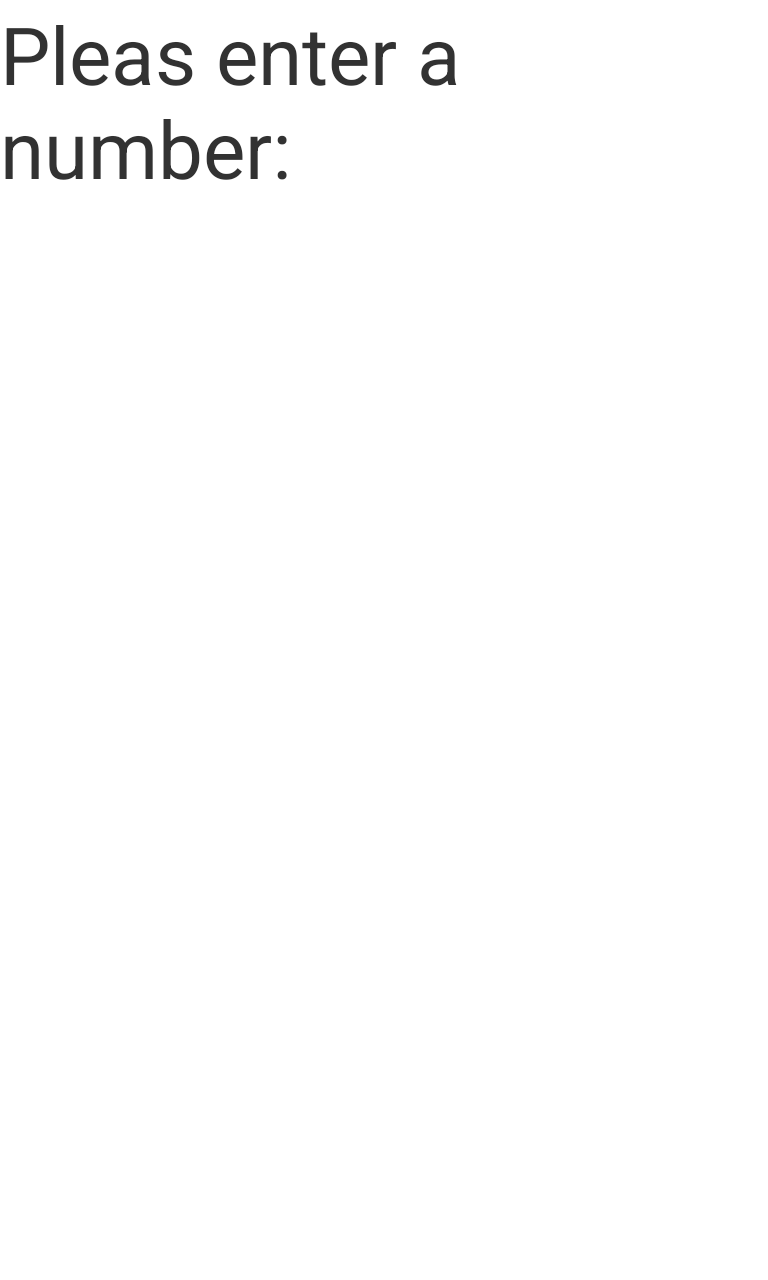
Repository: Liu-D-Henrry/Android
Layout: DemoHandler/res/layout/calculator.xml
These files come from the project's save history. The layout is drawn as it stood at one moment and after the next save; the edit follows.
It is drawn on a 768 x 1280 px phone screen (xhdpi) without system bars, with theme AppTheme; the app's code is not run.

Above is the layout before, as saved 2013-08-28 04:03:22.

After the next save:
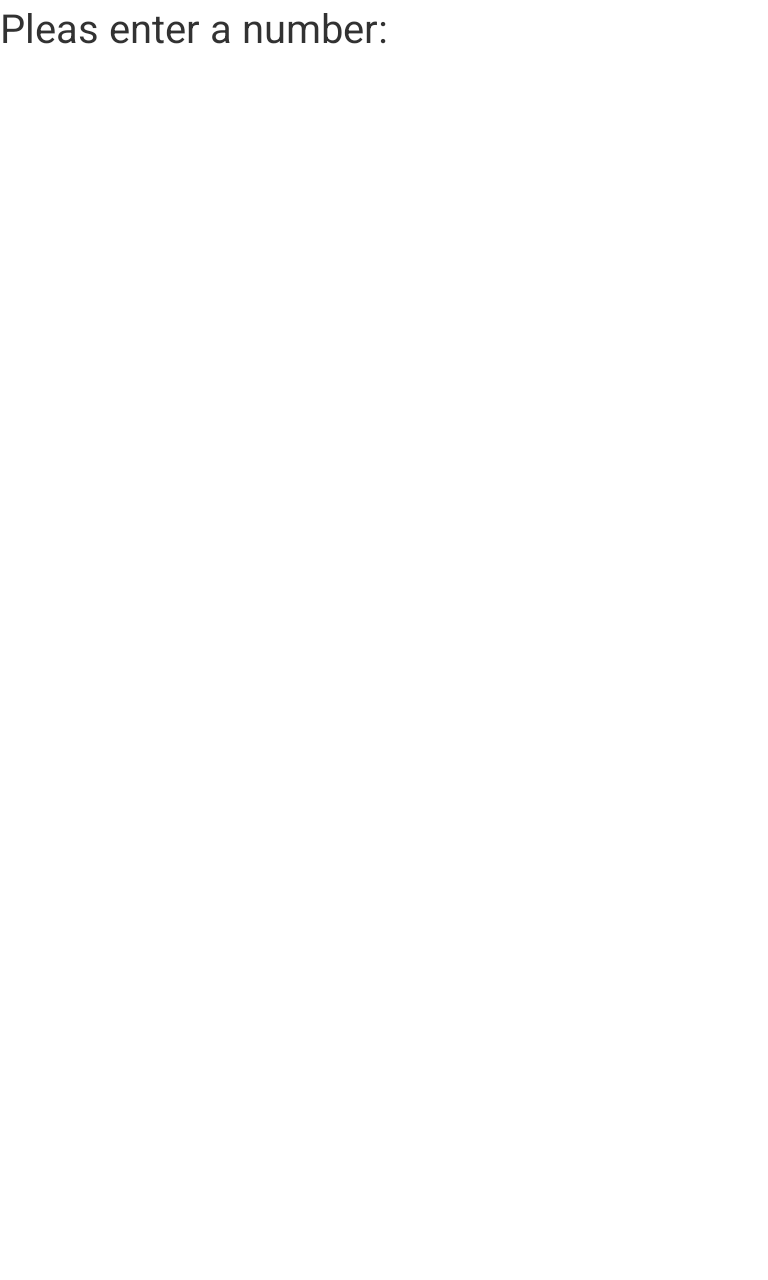
Saved 10 s later.
--- a/DemoHandler/res/layout/calculator.xml
+++ b/DemoHandler/res/layout/calculator.xml
@@ -7,7 +7,7 @@
     <TextView
         android:layout_width="match_parent"
         android:layout_height="match_parent"
-        android:textSize="40"
+        android:textSize="20"
         android:text="@string/introduce" />
 
 </LinearLayout>
